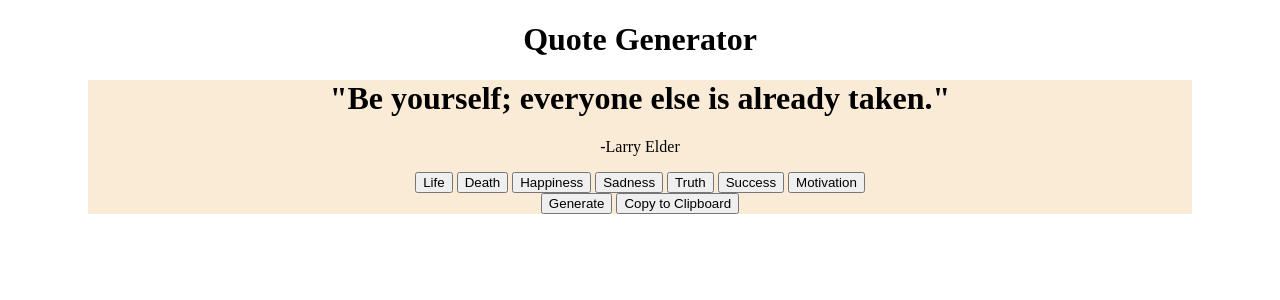
Repository: moehaymanmyint/Random-Quote-Generator
Page: index.html
The author's editor kept a copy of each file at every save. The page is drawn from the files as they stood at one save, then again after the next save.
The browser window is 1280 px wide. The pictures show the whole page.

Above is the page before, as saved 2024-11-05 22:08:28.

After the next save:
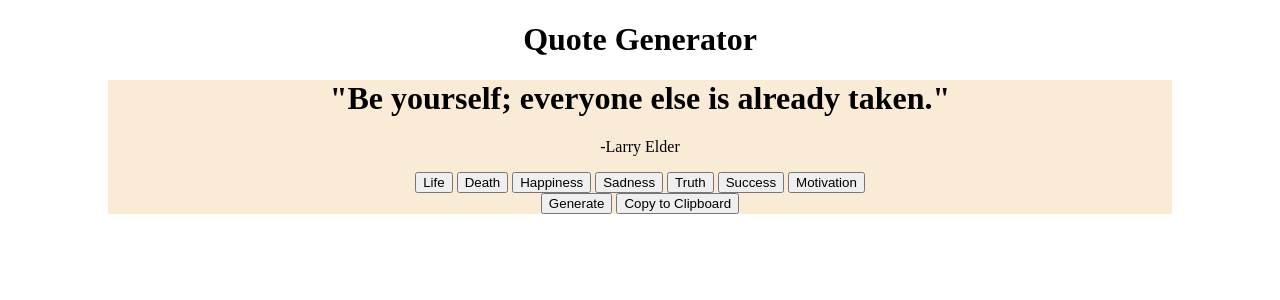
Saved 8 s later.
--- a/style.css
+++ b/style.css
@@ -7,5 +7,5 @@
 .quote-box{
     background-color: antiquewhite;
     text-align: center;
-    margin: 20px 80px;
+    margin: 20px 100px;
 }
